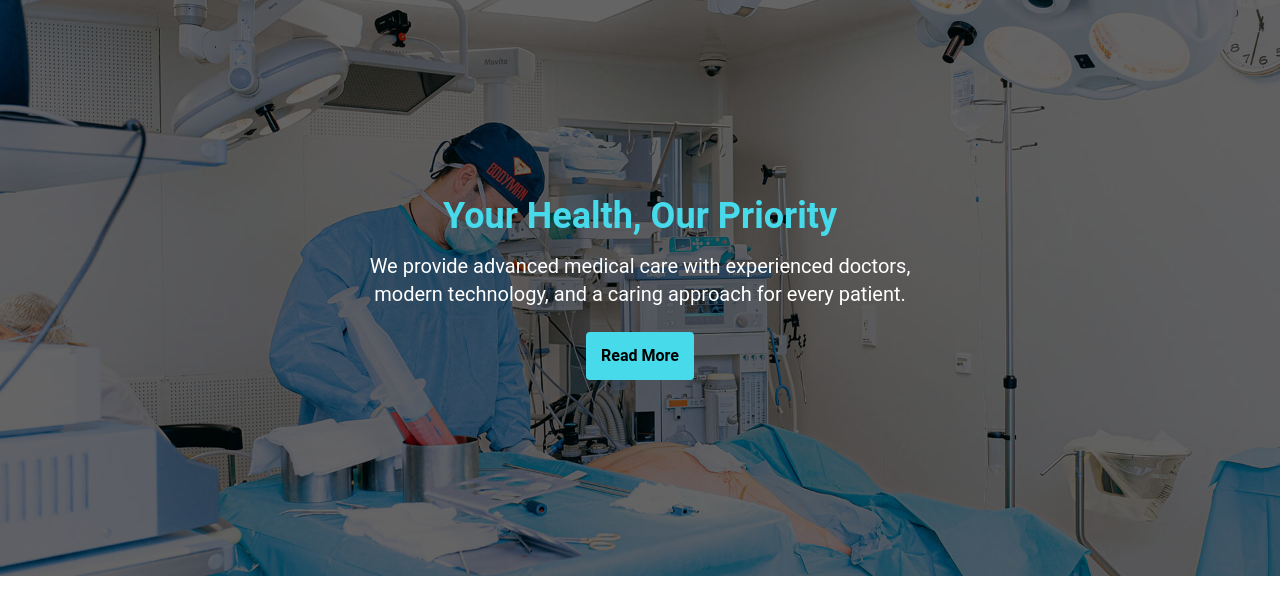
Repository: ahmedkhaleddev02-del/DoctorAppointment-MERN
Page: / (app in frontend/frontend/)
The author's editor kept a copy of each file at every save. The page is drawn from the files as they stood at one save, then again after the next save.
The browser window is 1280 px wide. The pictures show the whole page.
The project was rebuilt for these pictures with package versions that can differ from the ones it lists, and the page was loaded fresh each time.

Above is the page before, as saved 2025-07-27 17:54:50.

After the next save:
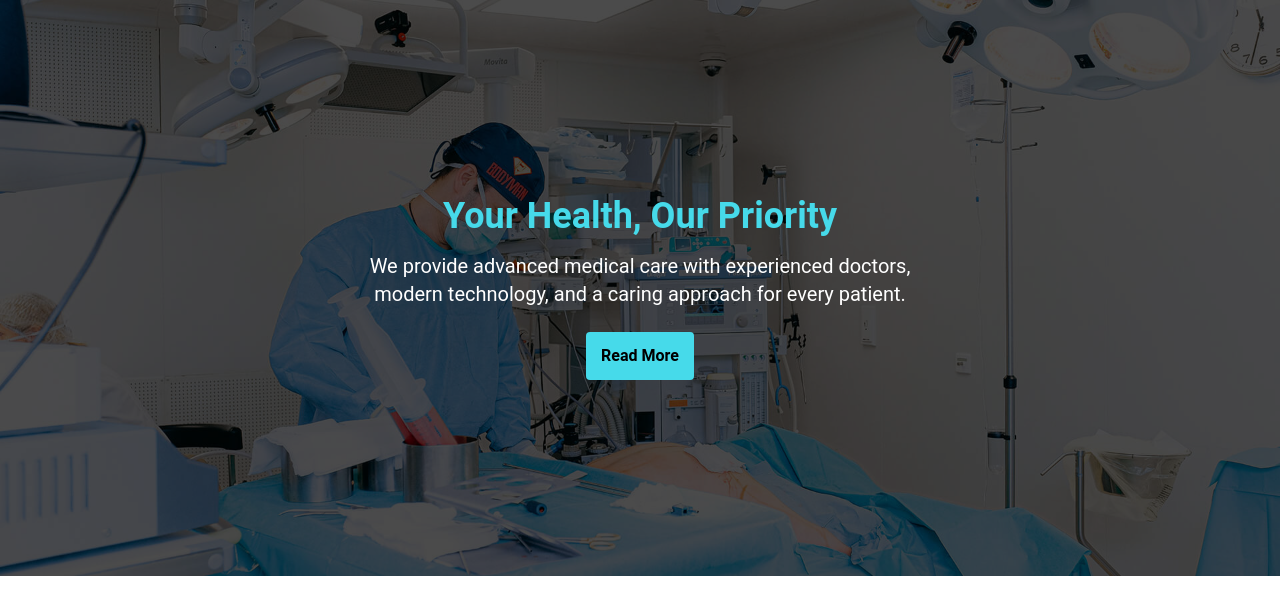
Saved 12 s later.
--- a/frontend/frontend/src/components/HeroSlider.jsx
+++ b/frontend/frontend/src/components/HeroSlider.jsx
@@ -47,7 +47,7 @@
 
                 <img  src={slide.image}   className="w-full h-full object-cover"/>
 
-            <div className="absolute inset-0 bg-black bg-opacity-60 flex flex-col justify-center items-center text-center text-white px-4">
+            <div className="absolute inset-0 bg-black bg-opacity-70 flex flex-col justify-center items-center text-center text-white px-4">
 
                     <h2 className='text-4xl text-[#46daea] font-bold mb-4'>{slide.title}</h2>
 
